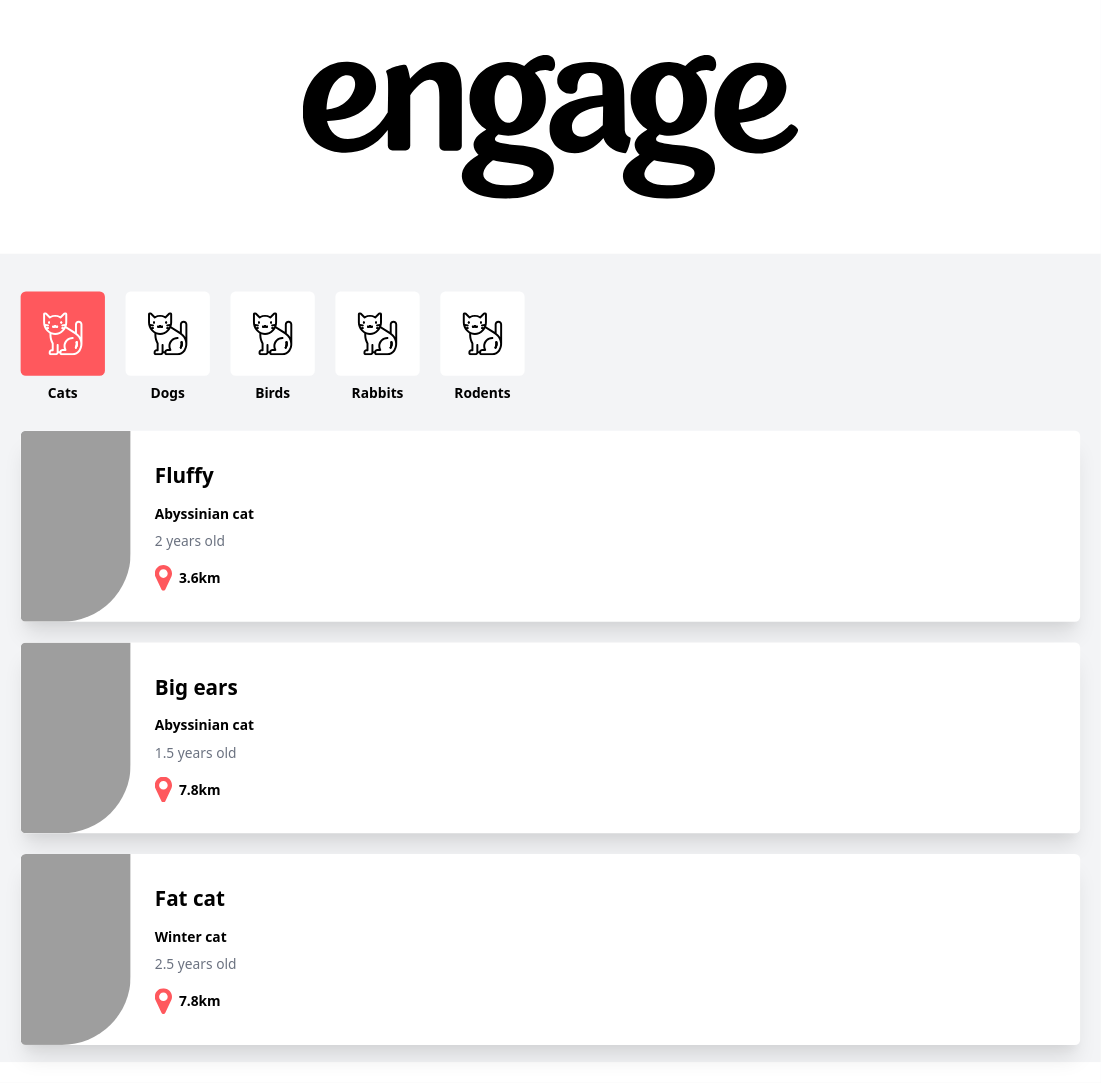
Repository: DaveBaulch/engage-tech-test
Page: /
These files come from the project's save history. The page is drawn as it stood at one moment and after the next save; the edit follows.
The browser window is 1280 px wide. The pictures show the whole page, at 86% of full size.
Pictures or frames that could not be fetched are drawn as grey boxes. The project was rebuilt for these pictures with package versions that can differ from the ones it lists, and the page was loaded fresh each time. Also part of the build but not shown: src/store/index.js.

Above is the page before, as saved 2021-05-25 22:56:13.

### src/App.vue
<template>
  <div id="app">
    <transition name="slide" mode="out-in">
      <router-view></router-view>
    </transition>
  </div>
</template>

<script>
export default {
  name: "App",
};
</script>

<style>
.slide-enter-active {
  animation: slide-in 200ms ease-out forwards;
}

.slide-leave-active {
  animation: slide-out 200ms ease-out forwards;
}

@keyframes slide-in {
  from {
    opacity: 0;
    transform: translateY(-30px);
  }
  to {
    opacity: 1;
    transform: translateY(0);
  }
}

@keyframes slide-out {
  from {
    opacity: 1;
    transform: translateY(0);
  }
  to {
    opacity: 0;
    transform: translateY(-30px);
  }
}

/* If animations are reduced at the OS level, use simpler transitions */
@media screen and (prefers-reduced-motion: reduce) {
  .slide-enter-active,
  .slide-leave-active {
    animation: none !important;
  }
}
</style>

### src/router/index.js
import Vue from 'vue';
import VueRouter from 'vue-router';
import Index from '../views/Index.vue';

Vue.use(VueRouter);

const routes = [
  {
    path: '/index/:categoryId',
    name: 'index',
    component: Index
  },
  {
    path: '/detail/:itemId',
    name: 'detail',
    // route level code-splitting
    // this generates a separate chunk (about.[hash].js) for this route
    // which is lazy-loaded when the route is visited.
    component: () =>
      import(/* webpackChunkName: "about" */ '../views/Detail.vue')
  },
  {
    path: '/enquire/:itemId',
    name: 'enquire',
    component: () =>
      import(/* webpackChunkName: "about" */ '../views/Enquire.vue')
  },
  { path: '*', redirect: '/index/cats' }
];

const router = new VueRouter({
  mode: 'history',
  base: process.env.BASE_URL,
  routes
});

export default router;

### src/views/Index.vue
<template>
  <div>
    <TheHeader />
    <main class="bg-gray-100" role="main">
      <TheNavigation />
      <TheItemList />
    </main>
  </div>
</template>

<script>
// @ is an alias to /src
import TheHeader from "@/components/global/TheHeader.vue";
import TheNavigation from "@/components/global/TheNavigation.vue";
import TheItemList from "@/components/ItemList.vue";

export default {
  name: "Home",
  components: {
    TheHeader,
    TheNavigation,
    TheItemList,
  },
  metaInfo() {
    return {
      title: "Index",
    };
  },
};
</script>

### src/components/global/TheHeader.vue
<template>
  <header class="p-16">
    <h1>
      <TheLogo
        width="50%"
        class="flex justify-center motion-reduce:transition-none"
        v-animate:appearShortDelay.hideUp
      />
    </h1>
  </header>
</template>

<script>
import TheLogo from "@/components/global/TheLogo";

export default {
  name: "TheHeader",
  components: {
    TheLogo,
  },
};
</script>

### src/components/global/TheNavigation.vue
<template>
  <nav aria-label="Categories">
    <ul class="flex items-start p-6 overflow-x-scroll mr-6" role="list">
      <TheNavigationItem
        v-for="item in navData"
        :itemData="item"
        :key="item.id"
      >
        <component :is="item.icon" width="50" height="50"></component>
      </TheNavigationItem>
    </ul>
  </nav>
</template>

<script>
import TheNavigationItem from "@/components/global/NavigationItem";
import IconCat from "@/assets/icon-cat";
import gsap from "gsap";

export default {
  name: "TheNavigation",
  components: {
    TheNavigationItem,
    IconCat,
  },
  computed: {
    navData() {
      return this.$store.getters["getCategorys"];
    },
  },
  mounted() {
    const animationIsOkay = window.matchMedia(
      "(prefers-reduced-motion:no-preference)"
    ).matches;

    if (animationIsOkay) {
      gsap.fromTo(
        ".nav-item",
        {
          y: 0,
          opacity: 0,
        },
        {
          y: 20,
          opacity: 1,
          duration: 0.5,
          stagger: {
            each: 0.25,
          },
        }
      );
    }
  },
};
</script>

<style scoped>
.router-link-active div {
  background-color: #ff585d;
}

.router-link-active svg {
  fill: #ffffff !important;
}
</style>

### src/components/ItemList.vue
<template>
  <nav aria-live="polite" aria-label="Category items">
    <ul class="m-6 pt-6" role="list">
      <ItemListItem
        v-for="item in categoryItems"
        :itemData="item"
        :key="item.id"
        motion-reduce:transition-none
        motion-reduce:transform-none
      />
    </ul>
  </nav>
</template>

<script>
import ItemListItem from "@/components/ItemListItem";
import gsap from "gsap";

export default {
  name: "ItemList",
  components: {
    ItemListItem,
  },
  computed: {
    categoryItems() {
      return this.$store.getters.getCategoryItems(
        this.$route.params.categoryId
      );
    },
  },
  methods: {
    forceRerender() {
      const animationIsOkay = window.matchMedia(
        "(prefers-reduced-motion:no-preference)"
      ).matches;

      if (animationIsOkay) {
        gsap.fromTo(
          ".list-item",
          {
            y: 0,
            opacity: 0,
          },
          {
            y: -20,
            opacity: 1,
            duration: 1,
            stagger: {
              each: 0.5,
            },
          }
        );
      }
    },
  },
  mounted() {
    this.forceRerender();
  },
  updated() {
    this.forceRerender();
  },
};
</script>

### src/components/ui/BasePin.vue
<template>
  <div class="flex items-center mt-4">
    <img :src="pin" alt="" role="presentation" width="20" />
    <p v-html="location" class="font-semibold ml-2" />
  </div>
</template>

<script>
import mapPin from "@/assets/icon-map-pin.svg";

export default {
  name: "BasePin",
  props: {
    location: {
      type: String,
      default: "",
      required: true,
    },
  },
  data() {
    return {
      pin: mapPin,
    };
  },
};
</script>

### src/components/global/TheLogo.vue
<template>
  <router-link to="/"
    ><img :src="logo" :alt="alt" :width="width"
  /></router-link>
</template>

<script>
import logo from '@/assets/logo.svg';

export default {
  name: 'TheLogo',
  props: {
    src: {
      type: String,
      default: logo,
      required: false
    },
    alt: {
      type: String,
      default: 'Engage',
      required: false
    },
    width: {
      type: String,
      default: '100%',
      required: false
    }
  },

  data() {
    return {
      logo: this.src || logo
    };
  }
};
</script>

### src/components/global/NavigationItem.vue
<template>
  <li class="nav-item mr-6">
    <router-link
      :to="{ name: 'index', params: { categoryId: itemData.categoryId } }"
    >
      <div class="flex flex-col bg-white p-6 mb-2 rounded-md">
        <slot></slot>
      </div>
      <span class="flex justify-center font-semibold">
        {{ itemData.title }}
      </span>
    </router-link>
  </li>
</template>

<script>
export default {
  name: "NavigationItem",

  props: {
    itemData: {
      type: Object,
      required: true,
    },
  },
};
</script>

<style scoped>
.router-link-active div {
  background-color: #ff585d;
}

.router-link-active svg {
  fill: #ffffff !important;
}
</style>

### src/assets/icon-cat.vue
<template>
  <svg
    xmlns="http://www.w3.org/2000/svg"
    viewBox="0 0 512 512"
    width="50px"
    height="50px"
  >
    <circle cx="93.001" cy="122.066" r="11.429" />

    <path
      d="M199.706,166.954c-2.863-5.06-9.291-6.825-14.339-3.95c-1.017,0.573-2.676,1.18-4.78,0.736
			c-2.384-0.503-4.347-2.255-5.095-4.569l-0.012,0.012c-1.017-3.085-3.412-5.656-6.72-6.743c-5.528-1.8-11.465,1.215-13.264,6.731
			c-0.76,2.314-2.711,4.067-5.107,4.569c-2.092,0.444-3.751-0.164-4.78-0.736c-5.049-2.875-11.464-1.11-14.339,3.95
			c-2.863,5.049-1.099,11.465,3.95,14.339c4.219,2.396,8.964,3.635,13.755,3.635c1.905,0,3.833-0.199,5.738-0.596
			c3.95-0.83,7.608-2.513,10.763-4.838c3.167,2.326,6.837,4.008,10.798,4.838c1.893,0.397,3.822,0.596,5.738,0.596
			c4.78,0,9.525-1.239,13.743-3.635C200.805,178.419,202.581,172.003,199.706,166.954z"
    />

    <circle cx="237.985" cy="122.066" r="11.429" />

    <path
      d="M423.791,344.933c-0.729-0.191-1.481-0.313-2.246-0.359c-1.147-0.069-2.324,0.031-3.499,0.32
				c-6.264,1.543-10.097,7.877-8.555,14.141c4.85,19.657,1.858,40.12-8.414,57.603c-3.272,5.563-1.414,12.727,4.16,15.987
				c1.858,1.099,3.892,1.613,5.902,1.613c4.008,0,7.912-2.057,10.086-5.761c1.254-2.135,2.426-4.305,3.513-6.504
				c1.087-2.199,2.09-4.429,3.009-6.684c0.612-1.503,1.187-3.018,1.724-4.544c2.417-6.864,4.068-13.936,4.939-21.109
				c0.097-0.797,0.184-1.595,0.261-2.394c0.155-1.599,0.271-3.201,0.349-4.807c0.155-3.212,0.155-6.436-0.002-9.664
				c-0.078-1.614-0.196-3.228-0.353-4.842c-0.235-2.421-0.559-4.841-0.972-7.255c-0.275-1.61-0.59-3.217-0.945-4.821
				c-0.177-0.802-0.365-1.603-0.562-2.403c-0.328-1.332-0.883-2.545-1.598-3.629c-0.336-0.509-0.698-0.996-1.104-1.441
				c-0.254-0.279-0.521-0.544-0.799-0.796c-0.445-0.402-0.926-0.758-1.425-1.087C426.199,345.795,425.031,345.258,423.791,344.933z"
    />
    <path
      d="M490.036,373.97c0.012-0.222,0.035-0.456,0.035-0.69V145.848c0-11.862-4.616-23.011-12.995-31.367
				c-8.391-8.368-19.517-12.984-31.355-12.984c-24.46,0-44.351,19.891-44.351,44.351v88.432L300.106,170.32
				c5.843-16.455,8.952-33.739,8.952-50.965V24.273C309.058,10.892,298.166,0,284.785,0c-6.159,0-12.037,2.314-16.536,6.509
				c-0.105,0.094-0.199,0.187-0.304,0.292l-41.405,41.406c-18.605-10.436-39.512-15.917-61.051-15.917
				c-21.538,0-42.457,5.481-61.051,15.917L63.032,6.802c-0.105-0.105-0.199-0.199-0.304-0.292C58.229,2.314,52.351,0,46.192,0
				C32.811,0,21.919,10.892,21.919,24.273v95.082c0,38.133,15.204,76.617,41.698,105.588c10.506,11.488,22.251,21.001,34.861,28.398
				c-0.619,7.573-0.83,15.263-0.619,22.952c0.923,34.452,10.202,68.331,26.821,98.296v66.368h-0.444
				c-19.587,0-35.527,15.929-35.527,35.515v13.077c0,12.376,10.074,22.45,22.438,22.45h60.49c15.228,0,28.223-9.77,33.05-23.373
				h12.224v0.257c0,12.738,10.366,23.116,23.104,23.116h133.648c34.522,0,67.315-16.653,87.696-44.526
				c0.012,0,0.012-0.012,0.012-0.012c2.185-2.968,4.254-6.124,6.159-9.396c0.035-0.047,0.058-0.093,0.094-0.14
				c0.07-0.128,0.152-0.257,0.234-0.397C483.596,431.293,490.725,402.415,490.036,373.97z M80.854,209.166
				c-2.419-2.653-4.721-5.399-6.918-8.227l8.449-0.713c6.428-0.549,11.207-6.206,10.658-12.633
				c-0.538-6.439-6.194-11.207-12.633-10.658l-20.603,1.741c-2.115-4.16-3.997-8.426-5.668-12.762l25.734,3.412
				c0.514,0.07,1.028,0.093,1.543,0.093c5.773,0,10.798-4.266,11.57-10.144c0.853-6.404-3.646-12.283-10.05-13.124l-35.656-4.733
				c-1.297-7.304-1.987-14.69-1.987-22.064V24.273c0-0.491,0.409-0.9,0.9-0.9c0.082,0,0.304,0,0.538,0.175l47.693,47.705
				c3.95,3.938,10.121,4.546,14.76,1.449c16.688-11.149,36.158-17.039,56.306-17.039c20.136,0,39.617,5.89,56.306,17.039
				c4.64,3.097,10.81,2.489,14.76-1.449l47.693-47.705c0.234-0.175,0.456-0.175,0.538-0.175c0.491,0,0.9,0.409,0.9,0.9v95.082
				c0,7.374-0.678,14.76-1.987,22.064l-35.667,4.733c-6.393,0.841-10.892,6.72-10.05,13.124c0.783,5.878,5.797,10.144,11.57,10.144
				c0.514,0,1.028-0.035,1.554-0.094l25.734-3.412c-1.659,4.336-3.553,8.601-5.668,12.762l-20.615-1.741
				c-6.439-0.549-12.084,4.219-12.633,10.658c-0.538,6.428,4.231,12.084,10.658,12.633l8.461,0.713
				c-2.197,2.828-4.499,5.574-6.918,8.227c-23.174,25.325-53.232,39.267-84.634,39.267S104.029,234.491,80.854,209.166z
				 M447.871,445.41l-5.539,8.484c-16.022,21.749-41.674,34.732-68.67,34.732H240.282V475c0-7.514,6.1-13.627,13.615-13.627h34.581
				c4.125,0,7.935-2.174,10.05-5.726c2.104-3.541,2.185-7.935,0.21-11.558c-6.766-12.411-10.343-26.505-10.343-40.739
				c0-47.027,38.25-85.277,85.265-85.277c6.451,0,11.687-5.236,11.687-11.687c0-6.463-5.236-11.687-11.687-11.687
				c-59.905,0-108.638,48.733-108.638,108.65c0,11.803,1.928,23.525,5.656,34.651h-16.782c-17.027,0-31.39,11.57-35.679,27.253
				h-11.523v-74.712c0-6.463-5.236-11.687-11.687-11.687c-6.463,0-11.687,5.224-11.687,11.687v86.399
				c0,6.439-5.247,11.687-11.687,11.687h-59.555v-12.154c0-6.696,5.458-12.142,12.154-12.142h12.131
				c6.451,0,11.687-5.236,11.687-11.687v-77.949c0.631-2.781,0.269-5.797-1.274-8.461c-15.87-27.405-24.705-58.725-25.547-90.571
				c-0.105-3.88-0.082-7.76,0.047-11.616c14.164,5.107,29.041,7.76,44.21,7.76c38.051,0,74.221-16.642,101.872-46.863
				c9.151-10.004,16.946-21.129,23.233-32.991l110.8,69.979C465.05,302.109,485.431,382.677,447.871,445.41z M466.698,295.413
				L466.698,295.413c-10.6-17.284-24.67-32.898-41.955-45.765v-103.8c0-11.57,9.408-20.977,20.977-20.977
				c5.598,0,10.868,2.185,14.842,6.147c3.95,3.95,6.135,9.221,6.135,14.83V295.413z"
    />

    <circle cx="93.001" cy="122.066" r="11.429" />

    <path
      d="M199.706,166.954c-2.863-5.06-9.291-6.825-14.339-3.95c-1.017,0.573-2.676,1.18-4.78,0.736
			c-2.384-0.503-4.347-2.256-5.095-4.569l-0.012,0.012c-1.017-3.085-3.412-5.656-6.72-6.743c-5.528-1.8-11.465,1.215-13.264,6.732
			c-0.76,2.314-2.711,4.067-5.107,4.569c-2.092,0.444-3.751-0.164-4.78-0.736c-5.049-2.875-11.464-1.11-14.339,3.95
			c-2.863,5.049-1.099,11.465,3.95,14.339c4.219,2.396,8.964,3.635,13.755,3.635c1.905,0,3.833-0.199,5.738-0.596
			c3.95-0.83,7.608-2.513,10.763-4.838c3.167,2.326,6.837,4.008,10.798,4.838c1.893,0.397,3.822,0.596,5.738,0.596
			c4.78,0,9.525-1.239,13.743-3.635C200.805,178.419,202.581,172.003,199.706,166.954z"
    />

    <circle cx="237.985" cy="122.066" r="11.429" />

    <path
      d="M432.187,353.448c-1.543-6.264-7.877-10.097-14.141-8.555c-6.264,1.543-10.097,7.877-8.555,14.141
			c4.85,19.657,1.858,40.12-8.414,57.603c-3.272,5.563-1.414,12.727,4.16,15.987c1.858,1.099,3.892,1.613,5.902,1.613
			c4.008,0,7.912-2.057,10.086-5.761C434.606,405.699,438.498,379.054,432.187,353.448z"
    />

    <circle cx="93.001" cy="122.066" r="11.429" />

    <circle cx="237.985" cy="122.066" r="11.429" />

    <path
      d="M199.706,166.954c-2.863-5.06-9.291-6.825-14.339-3.95c-1.017,0.573-2.676,1.18-4.78,0.736
			c-2.384-0.503-4.347-2.256-5.095-4.569l-0.012,0.012c-1.017-3.085-3.412-5.656-6.72-6.743c-5.528-1.8-11.465,1.215-13.264,6.732
			c-0.76,2.314-2.711,4.067-5.107,4.569c-2.092,0.444-3.751-0.164-4.78-0.736c-5.049-2.875-11.464-1.11-14.339,3.95
			c-2.863,5.049-1.099,11.465,3.95,14.339c4.219,2.396,8.964,3.635,13.755,3.635c1.905,0,3.833-0.199,5.738-0.596
			c3.95-0.83,7.608-2.513,10.763-4.838c3.167,2.326,6.837,4.008,10.798,4.838c1.893,0.397,3.822,0.596,5.738,0.596
			c4.78,0,9.525-1.239,13.743-3.635C200.805,178.419,202.581,172.003,199.706,166.954z"
    />

    <path
      d="M432.187,353.448c-1.543-6.264-7.877-10.097-14.141-8.555c-6.264,1.543-10.097,7.877-8.555,14.141
			c4.85,19.657,1.858,40.12-8.414,57.603c-3.272,5.563-1.414,12.727,4.16,15.987c1.858,1.099,3.892,1.613,5.902,1.613
			c4.008,0,7.912-2.057,10.086-5.761C434.606,405.699,438.498,379.054,432.187,353.448z"
    />
  </svg>
</template>

### src/components/ItemListItem.vue
<template>
  <li class="mb-6">
    <router-link
      :to="{ name: 'detail', params: { itemId: itemData.id } }"
      class="list-item"
    >
      <article class="flex bg-white rounded-md shadow-xl">
        <div
          class="
            overflow-hidden
            rounded-tl-md rounded-bl-md rounded-br-md rounded-br-card
            w-32
          "
        >
          <img
            :src="itemData.image"
            :alt="itemData.name"
            class="object-cover h-full"
          />
        </div>
        <div class="p-7 flex-1">
          <dl>
            <dt>
              <h2 class="text-2xl font-bold mt-2">{{ itemData.name }}</h2>
            </dt>
            <dd class="text-l font-semibold mt-4">
              <p v-html="itemData.type" />
            </dd>
            <dd class="mt-2">
              <p class="text-gray-500" v-html="itemData.age" />
            </dd>
            <dd>
              <MapPin :location="itemData.location" />
            </dd>
          </dl>
        </div>
      </article>
    </router-link>
  </li>
</template>

<script>
import MapPin from "@/components/ui/BasePin";

export default {
  name: "BaseCard",
  components: {
    MapPin,
  },
  props: {
    itemData: {},
  },
};
</script>

### tailwind.config.js
module.exports = {
  purge: ["./index.html", "./src/**/*.{vue,js,ts,jsx,tsx}"],
  darkMode: false, // or 'media' or 'class'
  theme: {
    borderRadius: {
      none: "0",
      sm: "0.125rem",
      md: "0.375rem",
      lg: "0.5rem",
      full: "9999px",
      large: "12px",
      card: "5rem",
    },
    extend: {
      colors: {
        "brand-red": "#ff585d",
      },
    },
  },
  variants: {
    transitionProperty: ["responsive", "motion-safe", "motion-reduce"],
  },
  plugins: [],
};

Loaded but not shown: public/index.html (common file); src/tailwind.css (common file); src/assets/css/tailwind.css (common file); src/main.js (109 lines, source omitted)

After the next save:
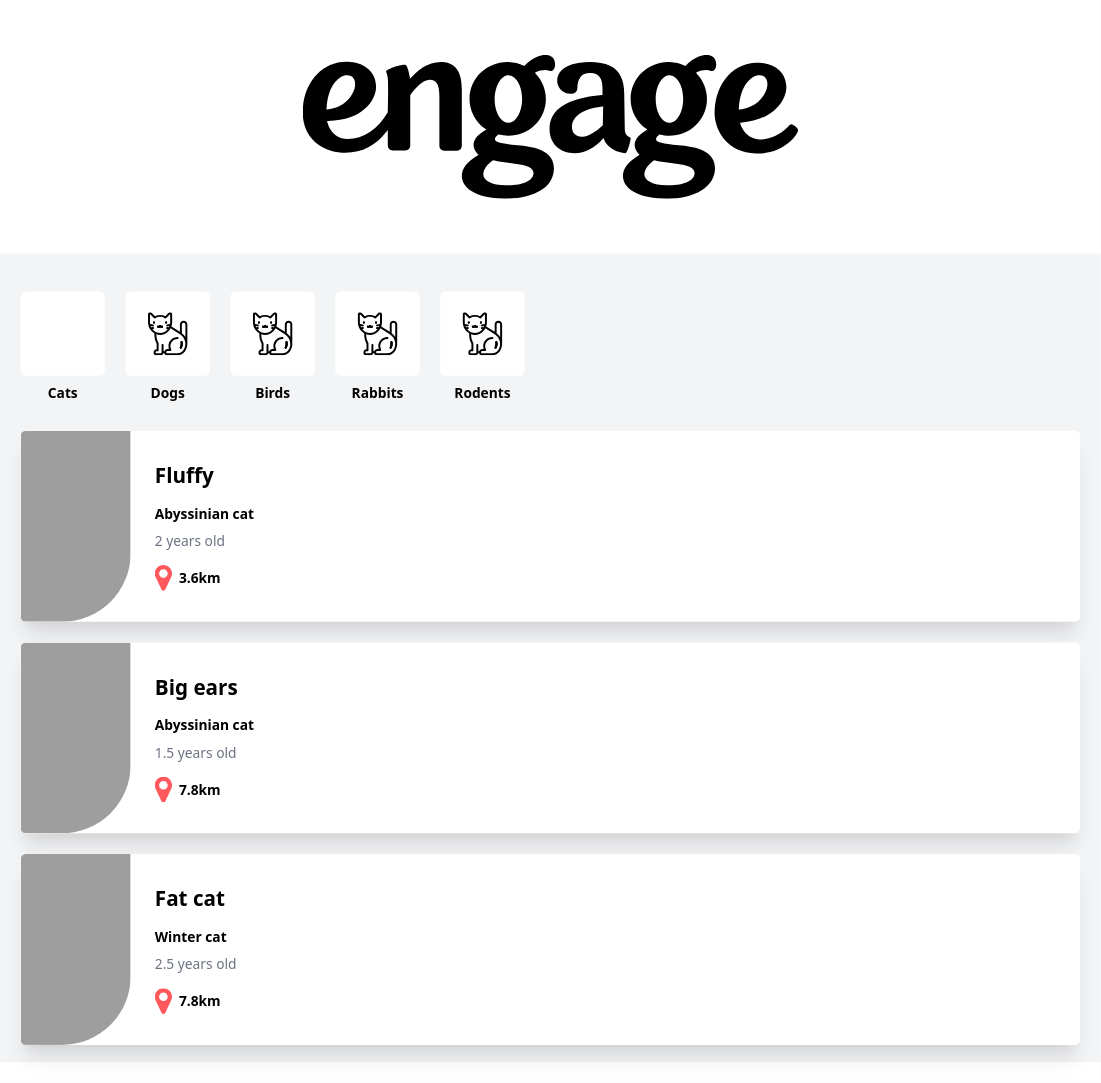
Saved 13 s later.
--- a/src/components/global/NavigationItem.vue
+++ b/src/components/global/NavigationItem.vue
@@ -25,13 +25,3 @@ export default {
   },
 };
 </script>
-
-<style scoped>
-.router-link-active div {
-  background-color: #ff585d;
-}
-
-.router-link-active svg {
-  fill: #ffffff !important;
-}
-</style>

After the save that followed:
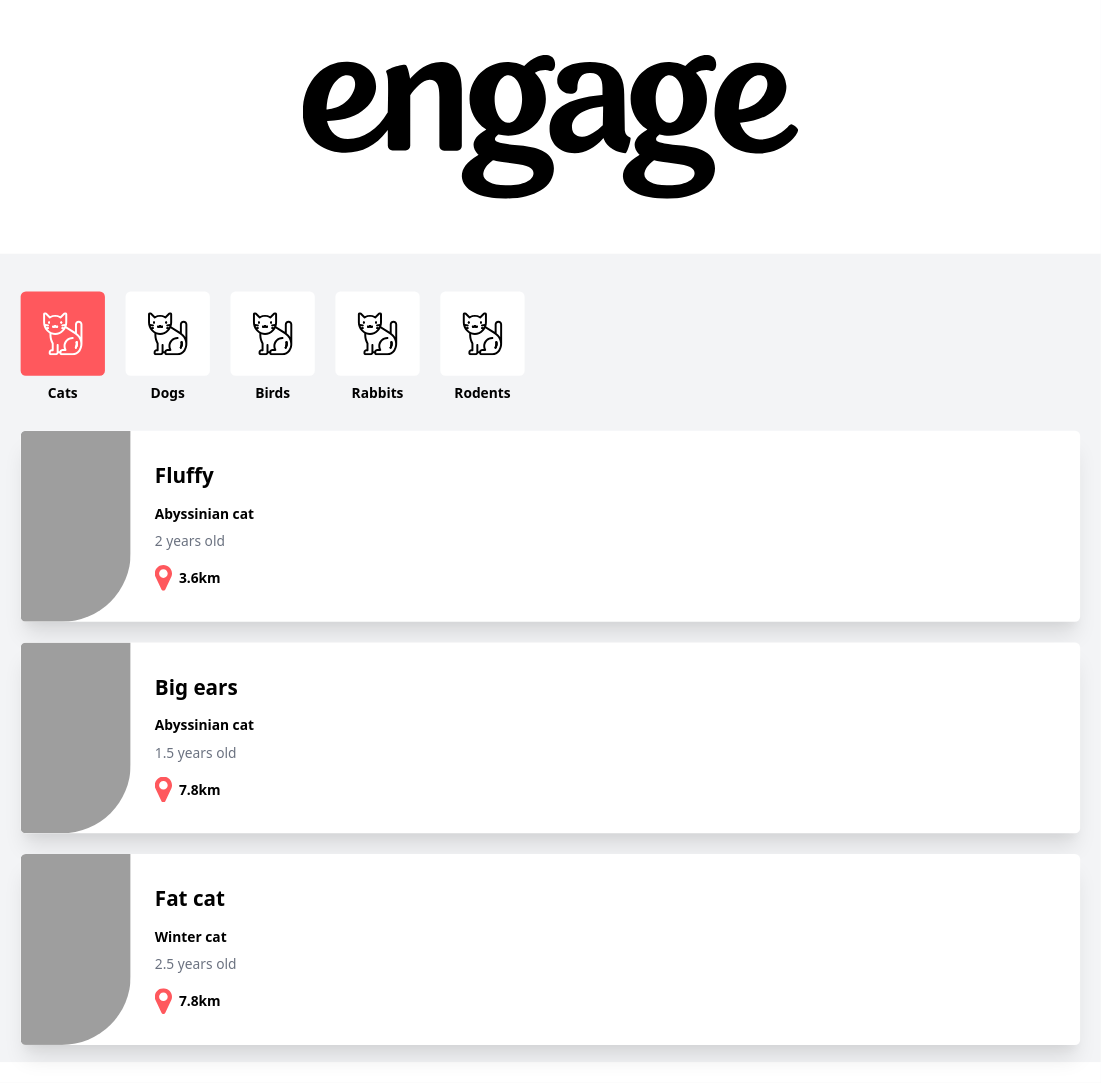
Saved 8 s later.
--- a/src/components/global/NavigationItem.vue
+++ b/src/components/global/NavigationItem.vue
@@ -25,3 +25,13 @@ export default {
   },
 };
 </script>
+
+<style scoped>
+.router-link-active div {
+  background-color: #ff585d;
+}
+
+.router-link-active svg {
+  fill: #ffffff !important;
+}
+</style>
